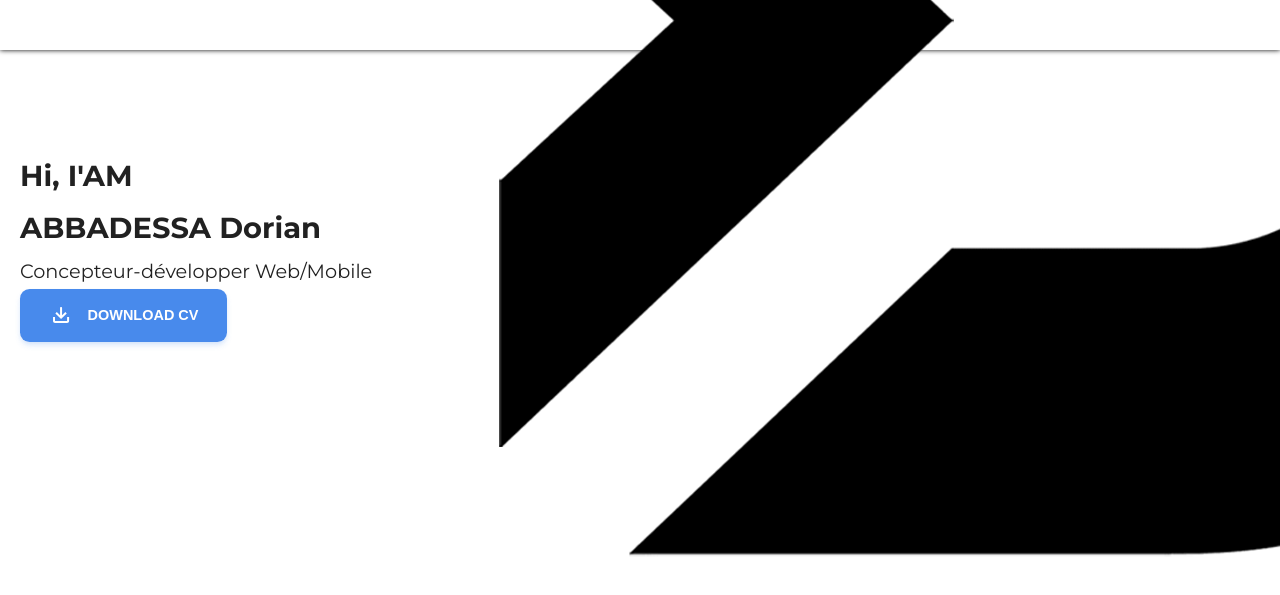
Repository: DorianABDS/Portfolio-ABBADESSA-Dorian
Page: index.html
The author's editor kept a copy of each file at every save. The page is drawn from the files as they stood at one save, then again after the next save.
The browser window is 1280 px wide. The pictures show the window.
A layer covers the whole window, so only the first screen is drawn.

Above is the page before, as saved 2024-11-27 00:13:11.

### index.html
<!DOCTYPE html>
<html lang="fr">
<head>
    <meta charset="UTF-8">
    <meta name="viewport" content="width=device-width, initial-scale=1.0">
    <meta charset="UTF-8">
    <meta name="viewport" content="width=device-width, initial-scale=1.0">
    <meta name="keywords" content="Portfolio, ABBADESSA Dorian, Web developper">
    <title>ABBADESSA Dorian - Portfolio</title>
    <link rel="shortcute icon" href="/src/img/Logo Div.png">
    <link rel="stylesheet" href="style.css">
</head>
<body>
    <header class="header">
        <nav class="navbar">
            <a href="index.html" class="logo"><img src="/src/img/Logo plat Div noir.png" alt=""></a>
            <div class="nav-links">
                <ul>
                    <li><a href="index.html">Accueil</a></li>
                    <li><a href="articles.html">Articles</a></li>
                    <li><a href="apropos.html">À propos</a></li>
                    <li><a href="contact.html">Contact</a></li>
                </ul>
            </div>
            <img src="/src/img/bars-solid.svg" alt="menu hamburger" class="menu-hamburger">
        </nav>
        <!-- <div class="social">
            <a href="#" title="Facebook"><img src="/src/img/icone Github.png" alt=""></a>
            <a href="#" title="Twitter"><img src="src/img/icone Linkedin.png" alt=""></a>
        </div> -->
    </header>
    <main>
        <section class="accueil">
            <div class="contrainer-accueil">
                <h2>Hi, I'AM</h2>
                <h1><span>ABBADESSA Dorian</span></h1>
                <p>Concepteur-développer Web/Mobile</p>
                <!-- <a href="#">télécharger mon cv</a> -->
                <button>
                    <svg
  width="24"
  height="24"
  viewBox="0 0 24 24"
  fill="none"
  xmlns="http://www.w3.org/2000/svg"
>
  <path
    d="M11 5C11 4.44772 11.4477 4 12 4C12.5523 4 13 4.44772 13 5V12.1578L16.2428 8.91501L17.657 10.3292L12.0001 15.9861L6.34326 10.3292L7.75748 8.91501L11 12.1575V5Z"
    fill="currentColor"
  />
  <path
    d="M4 14H6V18H18V14H20V18C20 19.1046 19.1046 20 18 20H6C4.89543 20 4 19.1046 4 18V14Z"
    fill="currentColor"
  />
</svg>
                    Download CV
                  </button>
            </div>
        </section>
    </main>
</body>
<script>
    const menuHamburger = document.querySelector(".menu-hamburger")
    const navLinks = document.querySelector(".nav-links")
    const social = document.querySelector(".social")

    menuHamburger.addEventListener('click',()=>{
    navLinks.classList.toggle('mobile-menu')
    })
</script>
</html>

### style.css
@font-face {
    font-family: "Montserrat";
    src: url(/src/font/Montserrat-VariableFont_wght.ttf);
}

* {
    margin: 0;
    padding: 0;
    text-decoration: none;
    list-style: none;
    box-sizing: border-box;

}

html, body {
    font-size: 19.3px;
    color: rgba(0, 0, 0, .87);
    background-color: #fff;
    font-family: "Montserrat", sans-serif;
    line-height: 1.8;
    font-weight: 400;
}

.navbar {
    background: rgb(255, 255, 255);
    backdrop-filter: blur(10px);
    box-shadow: 0 0 5px rgb(0, 0, 0);;
    top: 0;
    left: 0;
    height: 50px;
    width: auto;
    position: fixed;
    padding-left: 30px;
    padding-right: 61px;
    width: 100%;
    display: flex;
    justify-content: space-between;
    align-items: center;
    z-index: 1;
}

.navbar a {
    color: #292929;
    font-weight: 700;
    display: inline;
}

.navbar .nav-links ul li a::after {
    content: "";
    display: block;
    height: 2px;
    background: rgb(255, 255, 255);
    transform: scale(0);
    transition: transform 0.2s ease-in-out;
}

.navbar .nav-links ul li a:hover::after {
    transform: scale(1);
}

.navbar .logo {
    transform: none;
    font-weight: 700;
}

.navbar .nav-links ul {
    display: flex;
    align-items: center;
}

.navbar .nav-links ul li {
    display: flex;
    margin: 0 25px;
}

.navbar .nav-links ul li img {
    display: flex;
    padding: -20px;
    margin-left: -23px;
}

.navbar .menu-hamburger {
    display: none;
    position: absolute;
    top: 8px;
    right: 30px;
    width: 30px;
}

.social a {
    border: solid;
}

.accueil {
    padding-top: 100px;
    margin-top: 50px;
    width: 100%;
    height: 100vh;
}

.contrainer-accueil {
    padding-left: 20px;
}

/* .contrainer-accueil a {
    color: #292929;
    text-transform: uppercase;
    font-weight: 700;
    padding: 10px;
    border-radius: 10px;
    border: 0;
    background-color: #E0984A;
} */

button {
    border: none;
    display: flex;
    padding: 0.75rem 1.5rem;
    background-color: #488aec;
    color: #ffffff;
    font-size: 0.75rem;
    line-height: 1rem;
    font-weight: 700;
    text-align: center;
    cursor: pointer;
    text-transform: uppercase;
    vertical-align: middle;
    align-items: center;
    border-radius: 0.5rem;
    user-select: none;
    gap: 0.75rem;
    box-shadow:
      0 4px 6px -1px #488aec31,
      0 2px 4px -1px #488aec17;
    transition: all 0.6s ease;
  }

  button:hover {
    box-shadow:
      0 10px 15px -3px #488aec4f,
      0 4px 6px -2px #488aec17;
  }

  button:focus,
  button:active {
    opacity: 0.85;
    box-shadow: none;
  }

  button svg {
    width: 1.25rem;
    height: 1.25rem;
  }

@media  screen and (max-width: 814px) {
    .navbar .menu-hamburger {
        display: block;
    }

    .nav-links.mobile-menu {
        margin-left: 0;
    }

    .navbar {
        padding: 0;
    }

    .navbar .logo {
        padding-left: 20px;
    }

    .navbar .logo img {
        display: flex;
        align-items: center;
        width: 50px;
    }

    .nav-links {
        position: absolute;
        background-color: rgba(255, 255, 255, 0.12);
        backdrop-filter: blur(8px);
        top: 0;
        left: 0;
        width: 100%;
        height: 100vh;
        display: flex;
        justify-content: center;
        align-items: center;
        margin-left: 100%;
        transition: all 0.5s ease;
    }

    .nav-links ul {
        display: flex;
        flex-direction: column;
        align-items: center;
    }

    .navbar .nav-links ul li {
        margin: 15px 0;
        font-size: 1.2em;
    }

    .accueil h2 {
        font-size: 22px;
        font-weight: 600;
        color: #292929;
    }

    .accueil h1 {
        display: inline-block;
        padding-right: 20px;
        line-height: 100%;
        font-size: 40px;
        letter-spacing: -2px;
        font-weight: 800;
        background: linear-gradient(90deg, rgba(255,50,50,1) 0%, rgba(255,136,0,1) 100%);
        -webkit-background-clip: text;
        -webkit-text-fill-color: transparent;
    }

    .accueil p {
        line-height: 150%;
        padding-right: 20px;
        margin-bottom: 30px;
    }

    /* .contrainer-accueil a {
        display: flex;
        justify-content: center;
        width: 80%;
        margin-top: 30px;
        font-size: 12px;
        padding: 10px 30px;
        background: linear-gradient(90deg, rgba(255,50,50,1) 0%, rgba(255,136,0,1) 100%); */
    }
}

### src/img/bars-solid.svg
<svg xmlns="http://www.w3.org/2000/svg" viewBox="0 0 448 512" fill="#353535"><!--!Font Awesome Free 6.7.0 by @fontawesome - https://fontawesome.com License - https://fontawesome.com/license/free Copyright 2024 Fonticons, Inc.--><path d="M0 96C0 78.3 14.3 64 32 64l384 0c17.7 0 32 14.3 32 32s-14.3 32-32 32L32 128C14.3 128 0 113.7 0 96zM0 256c0-17.7 14.3-32 32-32l384 0c17.7 0 32 14.3 32 32s-14.3 32-32 32L32 288c-17.7 0-32-14.3-32-32zM448 416c0 17.7-14.3 32-32 32L32 448c-17.7 0-32-14.3-32-32s14.3-32 32-32l384 0c17.7 0 32 14.3 32 32z"/></svg>

After the next save:
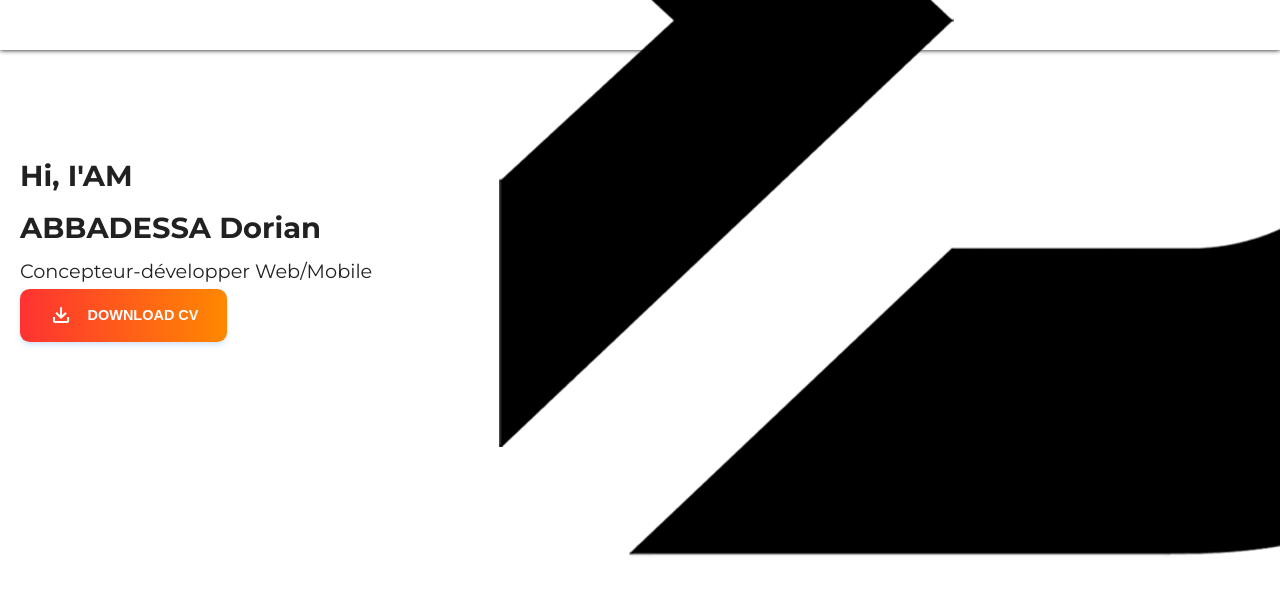
Saved 41 s later.
--- a/style.css
+++ b/style.css
@@ -116,7 +116,7 @@ button {
     border: none;
     display: flex;
     padding: 0.75rem 1.5rem;
-    background-color: #488aec;
+    background: linear-gradient(90deg, rgba(255,50,50,1) 0%, rgba(255,136,0,1) 100%);
     color: #ffffff;
     font-size: 0.75rem;
     line-height: 1rem;
